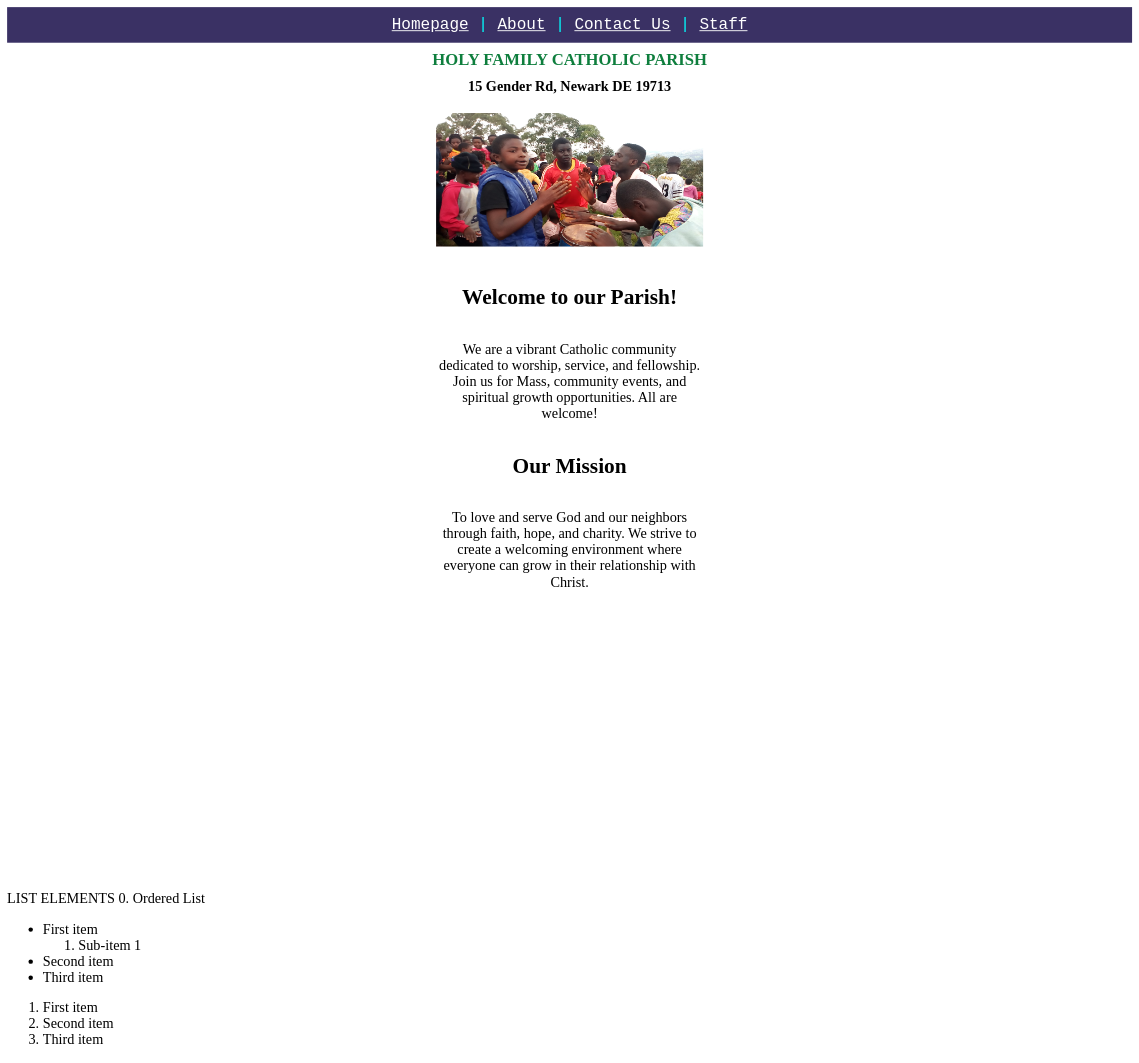
Repository: ficotims/HTML-RESTART
Page: Homepage.html
An editor plug-in stored every save of this project. The page is shown before and after the next save, followed by the edit.
The browser window is 1280 px wide. The pictures show the whole page, at 89% of full size.

Above is the page before, as saved 2026-02-10 18:01:35.

After the next save:
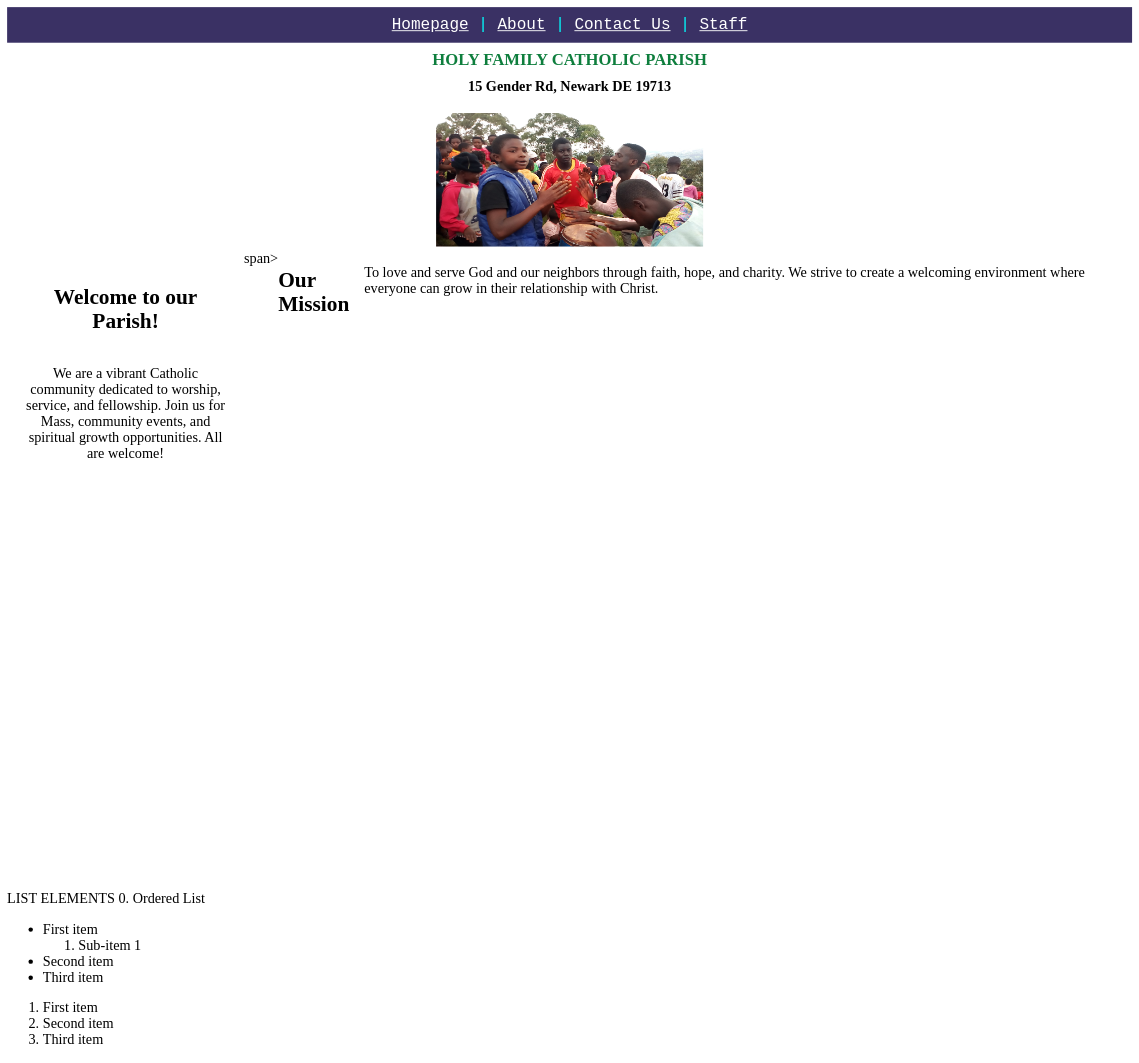
Saved 13 s later.
--- a/Homepage.html
+++ b/Homepage.html
@@ -31,7 +31,7 @@
           <span style="line-height: 2;"></span><h2>Welcome to our Parish!</h2>
           <p>
             We are a vibrant Catholic community dedicated to worship, service, and fellowship. Join us for Mass, community events, and spiritual growth opportunities. All are welcome!
-          </p>
+          </p></div>span>
           <h2>Our Mission</h2>
           <p>
             To love and serve God and our neighbors through faith, hope, and charity. We strive to create a welcoming environment where everyone can grow in their relationship with Christ.
